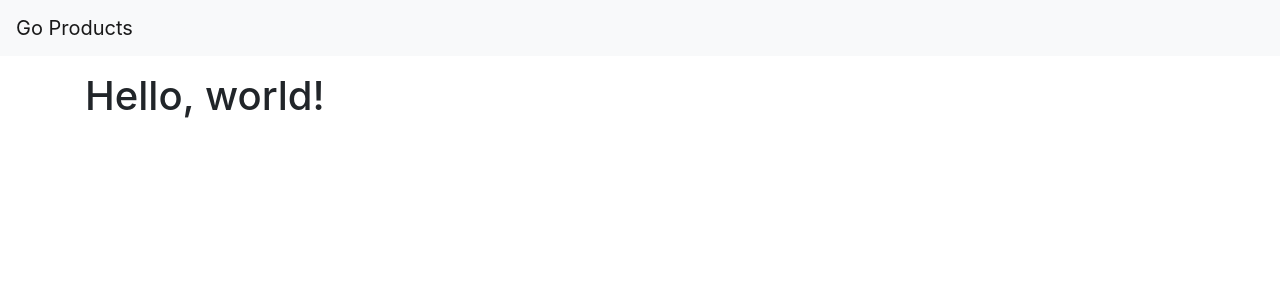
Repository: Nouthemoran/go-web-native-crud
Page: views/home/index.html
These files come from the project's save history. The page is drawn as it stood at one moment and after the next save; the edit follows.
The browser window is 1280 px wide. The pictures show the whole page.

Above is the page before, as saved 2023-10-04 15:08:22.

After the next save:
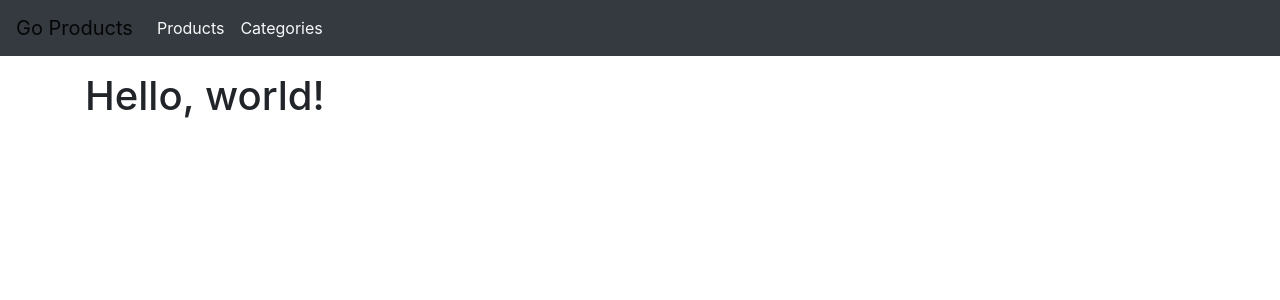
Saved 20 s later.
--- a/views/home/index.html
+++ b/views/home/index.html
@@ -12,7 +12,7 @@
   </head>
   <body>
     <!-- Navbar -->
-    <nav class="navbar navbar-expand-lg navbar-light bg-light">
+    <nav class="navbar navbar-expand-lg navbar-light bg-dark">
         <a class="navbar-brand" href="#">Go Products</a>
         <button class="navbar-toggler" type="button" data-toggle="collapse" data-target="#navbarNav" aria-controls="navbarNav" aria-expanded="false" aria-label="Toggle navigation">
           <span class="navbar-toggler-icon"></span>
